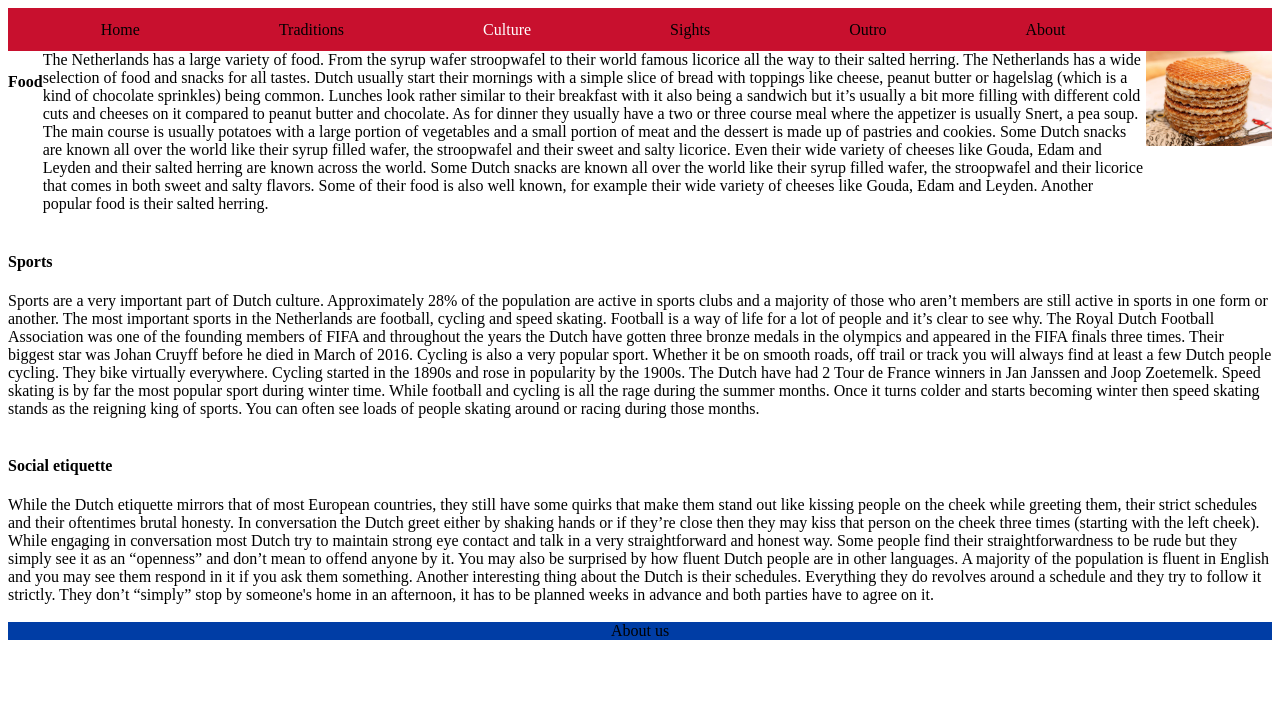
Repository: Cornman63/The-netherlands
Page: culture.html
These files come from the project's save history. The page is drawn as it stood at one moment and after the next save; the edit follows.
The browser window is 1280 px wide. The pictures show the whole page.

Above is the page before, as saved 2023-05-23 09:57:32.

### culture.html
<!DOCTYPE html>
<html lang="en">
<head>
    <meta charset="UTF-8">
    <meta http-equiv="X-UA-Compatible" content="IE=edge">
    <meta name="viewport" content="width=device-width, initial-scale=1.0">
    <link rel="stylesheet" href="style.css">
    <title>Visit the Netherlands</title>

</head>
<body>
    <div class="top">
        <div class="site"><a href="index.html" style="color: black" class="link">Home</a></div>
        <div class="site"><a href="traditions.html" style="color:black" class="link">Traditions</a></div>
        <div class="site"><a href="culture.html" style="color: white" class="link">Culture</a></div>
        <div class="site"><a href="sights.html" style="color:black" class="link">Sights</a></div>
        <div class="site"><a href="outro.html" style="color:black" class="link">Outro</a></div>
        <div class="site"><a href="about.html" style="color:black" class="link">About</a></div>
    </div>
    <div class="text">
        <div class="food">
            <h4>Food</h4>

            The Netherlands has a large variety of food. From the syrup wafer stroopwafel to their world famous licorice all the way to their salted herring. The Netherlands has a wide selection of food and snacks for all tastes.

            Dutch usually start their mornings with a simple slice of bread with toppings like cheese, peanut butter or hagelslag (which is a kind of chocolate sprinkles) being common. Lunches look rather similar to their breakfast with it also being a sandwich but it’s usually a bit more filling with different cold cuts and cheeses on it compared to peanut butter and chocolate. As for dinner they usually have a two or three course meal where the appetizer is usually Snert, a pea soup. The main course is usually potatoes with a large portion of vegetables and a small portion of meat and the dessert is made up of pastries and cookies.

            Some Dutch snacks are known all over the world like their syrup filled wafer, the stroopwafel and their sweet and salty licorice. Even their wide variety of cheeses like Gouda, Edam and Leyden and their salted herring are known across the world.

            Some Dutch snacks are known all over the world like their syrup filled wafer, the stroopwafel and their licorice that comes in both sweet and salty flavors. Some of their food is also well known, for example their wide variety of cheeses like Gouda, Edam and Leyden. Another popular food is their salted herring.
            <br><br>
            <img src="images\stroopwafel.jpg" alt="stroopwafel" id="wafel">
        </div>

        <div class="sports">
            <h4>Sports</h4>

            Sports are a very important part of Dutch culture. Approximately 28% of the population are active in sports clubs and a majority of those who aren’t members are still active in sports in one form or another. The most important sports in the Netherlands are football, cycling and speed skating.

            Football is a way of life for a lot of people and it’s clear to see why. The Royal Dutch Football Association was one of the founding members of FIFA and throughout the years the Dutch have gotten three bronze medals in the olympics and appeared in the FIFA finals three times. Their biggest star was Johan Cruyff before he died in March of 2016.

            Cycling is also a very popular sport. Whether it be on smooth roads, off trail or track you will always find at least a few Dutch people cycling. They bike virtually everywhere. Cycling started in the 1890s and rose in popularity by the 1900s. The Dutch have had 2 Tour de France winners in Jan Janssen and Joop Zoetemelk.

            Speed skating is by far the most popular sport during winter time. While football and cycling is all the rage during the summer months. Once it turns colder and starts becoming winter then speed skating stands as the reigning king of sports. You can often see loads of people skating around or racing during those months.
            <br><br>
        </div>
        <div class="socialeq">
            <h4>Social etiquette</h4>

            While the Dutch etiquette mirrors that of most European countries, they still have some quirks that make them stand out like kissing people on the cheek while greeting them, their strict schedules and their oftentimes brutal honesty.

            In conversation the Dutch greet either by shaking hands or if they’re close then they may kiss that person on the cheek three times (starting with the left cheek). While engaging in conversation most Dutch try to maintain strong eye contact and talk in a very straightforward and honest way. Some people find their straightforwardness to be rude but they simply see it as an “openness” and don’t mean to offend anyone by it. You may also be surprised by how fluent Dutch people are in other languages. A majority of the population is fluent in English and you may see them respond in it if you ask them something.

            Another interesting thing about the Dutch is their schedules. Everything they do revolves around a schedule and they try to follow it strictly. They don’t “simply” stop by someone's home in an afternoon, it has to be planned weeks in advance and both parties have to agree on it.
            <br><br>
        </div>
    </div>
    <div class="bottom">
        About us
    </div>
</body>
</html>

### style.css
.top, .bottom {
    display: flex;
    flex-direction: row;
    justify-content: center;
    align-content:center;
    background-color:#C8102E;
}
.bottom{
    background-color: #003DA5;
    height: 520%;
}

.site {
    display: flex;
    border: 1%;
    margin: 1%;
    margin-right: 10%;
    align-content: center;
}
.link {
    text-decoration: none;
}
#wafel {
    width: 10%;
    height: 10%;
}
.food {
    display: flex;
    flex-direction: row;
}

After the next save:
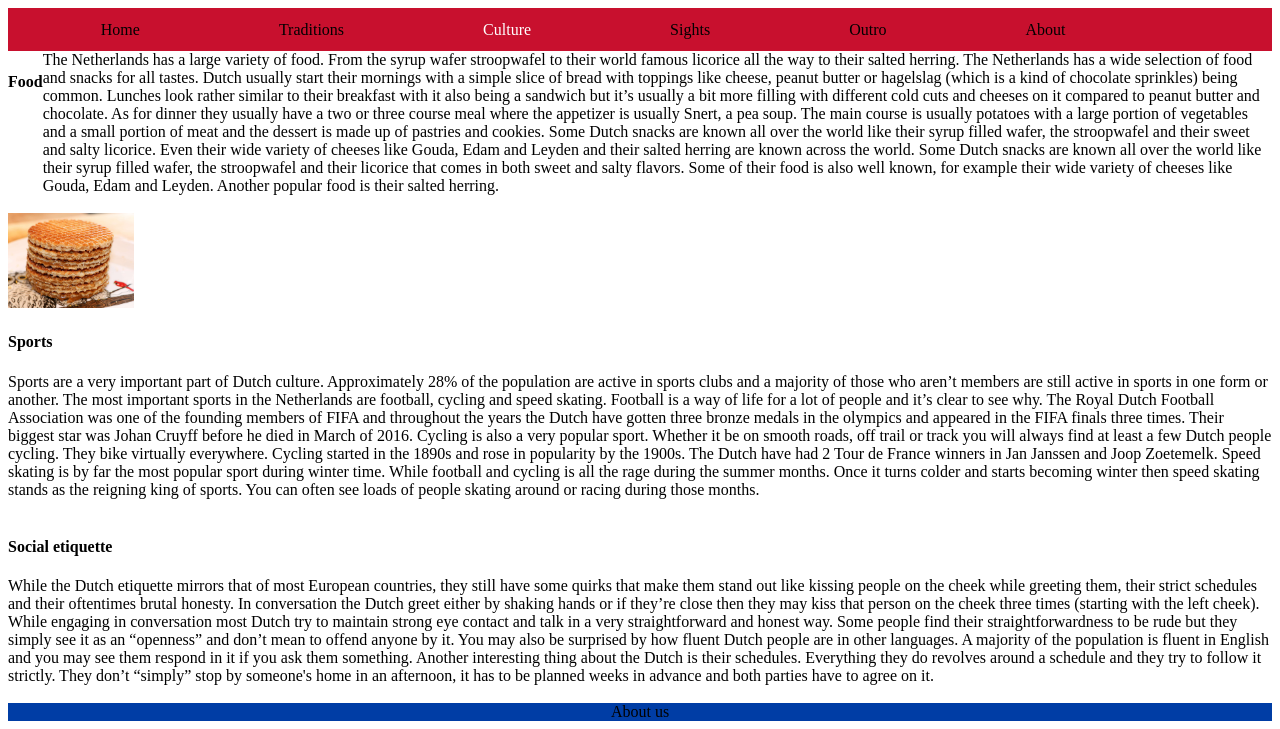
Saved 2 min 11 s later.
--- a/culture.html
+++ b/culture.html
@@ -18,6 +18,7 @@
         <div class="site"><a href="about.html" style="color:black" class="link">About</a></div>
     </div>
     <div class="text">
+        <div>
         <div class="food">
             <h4>Food</h4>
 
@@ -29,7 +30,8 @@
 
             Some Dutch snacks are known all over the world like their syrup filled wafer, the stroopwafel and their licorice that comes in both sweet and salty flavors. Some of their food is also well known, for example their wide variety of cheeses like Gouda, Edam and Leyden. Another popular food is their salted herring.
             <br><br>
-            <img src="images\stroopwafel.jpg" alt="stroopwafel" id="wafel">
+        </div>
+        <img src="images\stroopwafel.jpg" alt="stroopwafel" id="wafel">
         </div>
 
         <div class="sports">
